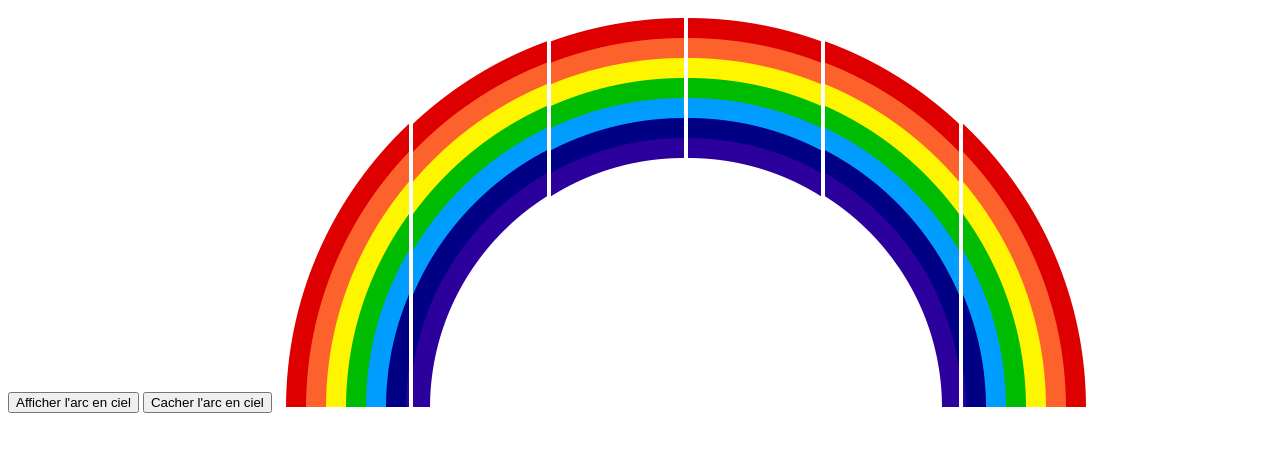
Repository: karim-sebih/runtrackJs
Page: jour3/job2/index.html
An editor plug-in stored every save of this project. The page is shown before and after a run of saves, followed by the edit.
The browser window is 1280 px wide. The pictures show the whole page.

Above is the page before, as saved 2025-03-12 10:28:28.

After the next 7 saves:
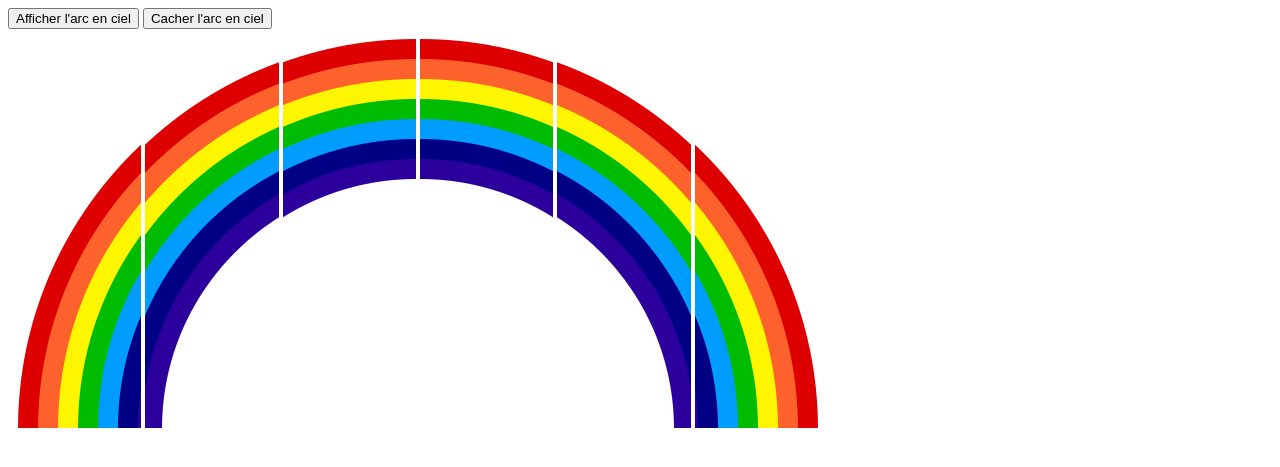
The 7 saves are shown as one change because they came seconds apart.
The last was saved 22 s later.
--- a/jour3/job2/index.html
+++ b/jour3/job2/index.html
@@ -10,13 +10,14 @@
 <body>
     <button id="Showbtn">Afficher l'arc en ciel </button>
     <button id="Hidebtn">Cacher l'arc en ciel </button>
+    <div class="galley">
     <img src="./image/arc1.png" alt="">
     <img src="./image/arc2.png" alt="">
     <img src="./image/arc3.png" alt="">
     <img src="./image/arc4.png" alt="">
     <img src="./image/arc5.png" alt="">
     <img src="./image/arc6.png" alt="">
-
+</div>
 
 
 </body>
